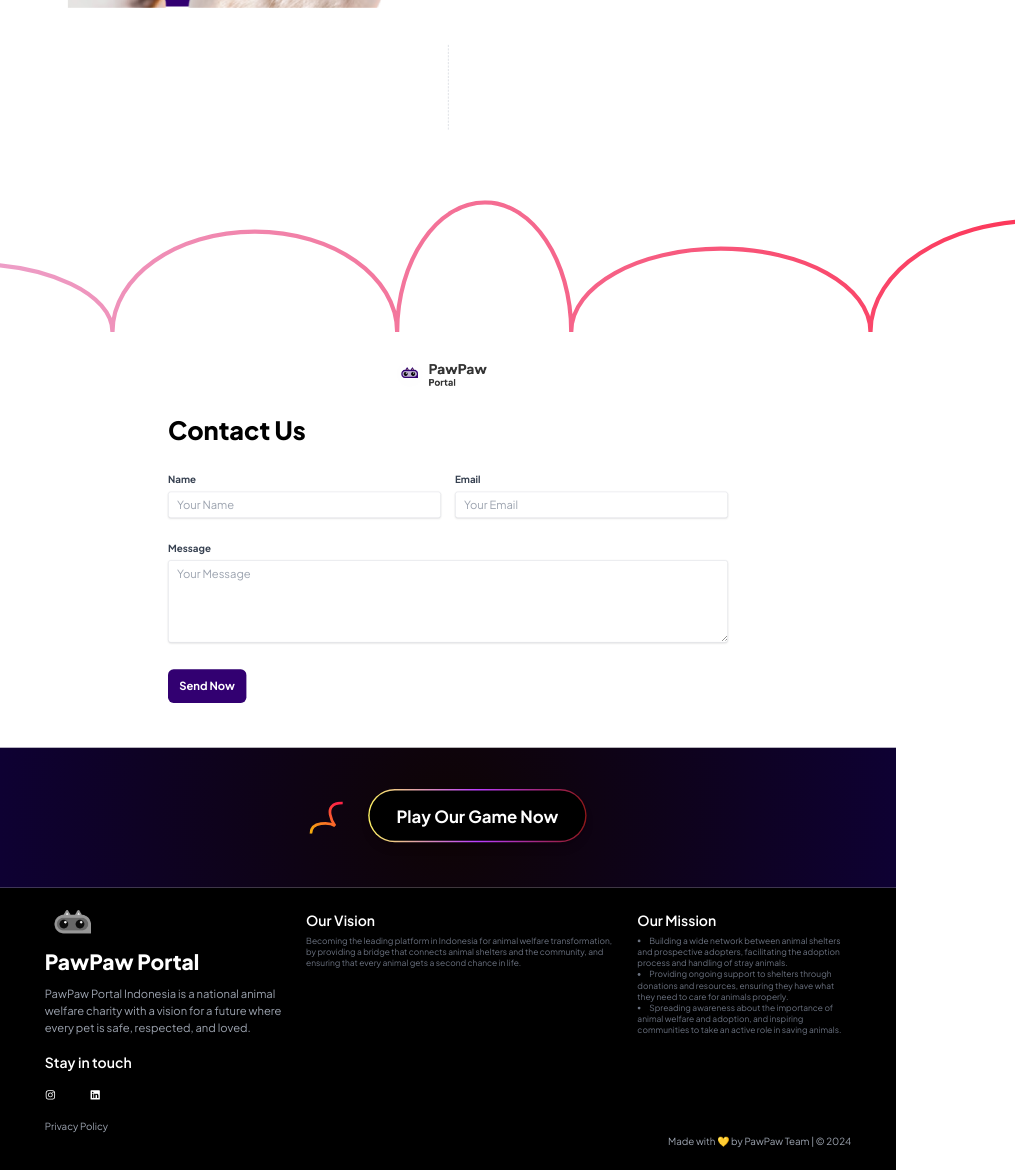
Repository: paskasiregar/pawpawwebsite
Page: /
The author's editor kept a copy of each file at every save. The page is drawn from the files as they stood at one save, then again after the next save.
The browser window is 1280 px wide. The page is 1450 px wide, so the pictures cover 1450 px, including what lies to the right of the window. The pictures show the part of the page from y = 1513 to 3193 px (the page is 3185 px tall before and 3193 px after), at 70% of full size.
The project was rebuilt for these pictures with package versions that can differ from the ones it lists, and the page was loaded fresh each time. The framework's server and built-in components were replaced by stand-ins that run in the browser. Also part of the build but not shown: next.config.js, next.config.mjs.

Above is the page before, as saved 2024-09-06 10:28:21.

### src/app/layout.js
import { Inter } from "next/font/google";
import "./globals.css";

const inter = Inter({ subsets: ["latin"] });

export const metadata = {
  title: "PawPaw Portal | Your One-Stop Shelter",
  description: "Your One-Stop Shelter",
};

export default function RootLayout({ children }) {
  return (
    <html lang="en">
      <meta
        name="google-adsense-account"
        content="ca-pub-4770655134097556"
      ></meta>
      <body className={inter.className}>{children}</body>
    </html>
  );
}

### src/app/globals.css
@import url("https://fonts.googleapis.com/css2?family=Plus+Jakarta+Sans:wght@400;600;700;800&display=swap");

@tailwind base;
@tailwind components;
@tailwind utilities;

body {
  font-family: "Plus Jakarta Sans", sans-serif;
}

p,
ul {
  color: gray;
}

.hero-bg {
  display: flex;
  background: radial-gradient(circle,
      rgb(204, 188, 230) 10%,
      rgb(255, 255, 255) 50%);
}

.cta-container {
  display: flex;
  justify-content: center;
  align-items: center;
  position: relative;
  background: radial-gradient(circle, rgb(14, 4, 4) 0%, rgb(14, 1, 51) 100%);
  padding: 20px;
  gap: 20px;
  min-height: 200px;
}

.cta-button {
  display: inline-block;
  padding: 20px 40px;
  font-size: 24px;
  font-weight: bold;
  color: white;
  background: black;
  border-radius: 40px;
  position: relative;
  z-index: 1;
  overflow: hidden;
  transition: all 0.3s ease;
  text-align: center;
}

.cta-button::before {
  content: "";
  position: absolute;
  top: -2px;
  left: -2px;
  right: -2px;
  bottom: -2px;
  background: linear-gradient(90deg,
      rgb(255, 244, 97) 0%,
      rgb(187, 61, 255) 50%,
      rgb(142, 23, 23) 100%);
  z-index: -1;
  border-radius: inherit;
}

.cta-button::after {
  content: "";
  position: absolute;
  top: 2px;
  left: 2px;
  right: 2px;
  bottom: 2px;
  background: black;
  z-index: -1;
  border-radius: inherit;
}

.cta-button:hover {
  color: rgb(237, 246, 133);
  background: white;
}

.footer-bg {
  background: radial-gradient(circle, rgb(14, 4, 4) 0%, rgb(14, 1, 51) 100%);
  color: white;
  text-align: center;
  padding: 20px;
}

.centeredcontainer {
  width: 100vw;
  height: auto;
}

.main-container {
  width: 100%;
  max-width: 1200px;
  margin: 0 auto;
  padding: 0;
}

.header-content {
  display: flex;
  flex-direction: row;
  align-items: center;
  justify-content: space-between;
}

.header-logo-button {
  display: flex;
  flex-direction: row;
  align-items: center;
  gap: 16px;
  /* Adjust spacing as needed */
}

html {
  scroll-behavior: smooth;
}

### src/components/contact.jsx
import React from "react";
import PrimaryButton from "@/components/primaryButton";
import NameInput from "./nameInput";
import EmailInput from "./emailInput";
import MessageInput from "./mesageInput";
import Image from "next/image";
import logoHeaderImage from "../assets/banner-10.png";

export const Contact = () => {
  return (
    <div className="font-plus-jakarta flex flex-col items-center justify-center py-16 px-4 md:px-[200px] gap-[40px] text-29xl">
      <div className="flex justify-start items-start">
        <svg
          width="1620"
          height="188"
          viewBox="0 0 1620 188"
          fill="none"
          xmlns="http://www.w3.org/2000/svg"
        >
          <path
            d="M1891 188C1891 100.375 1784.67 29.342 1653.5 29.342C1522.34 29.342 1413.53 100.375 1413.53 188C1413.53 122.37 1317.84 69.158 1199.78 69.158C1081.72 69.158 986.029 122.362 986.029 188C986.029 85.8274 930.825 3 862.735 3C794.645 3 737.369 85.8274 737.369 188C737.369 108.853 646.33 44.6865 534.029 44.6865C421.728 44.6865 330.689 108.853 330.689 188C330.689 134.381 239.649 90.9105 127.349 90.9105C15.0481 90.9105 -76 134.381 -76 188"
            stroke="url(#paint0_linear_545_35799)"
            strokeWidth="6"
            strokeMiterlimit="10"
            strokeLinejoin="bevel"
          />
          <defs>
            <linearGradient
              id="paint0_linear_545_35799"
              x1="-84.5283"
              y1="91.1699"
              x2="1899.52"
              y2="91.1699"
              gradientUnits="userSpaceOnUse"
            >
              <stop offset="0.0224" stopColor="#EBADD7" />
              <stop offset="1" stopColor="#FF2445" />
            </linearGradient>
          </defs>
        </svg>
      </div>
      <Image
        className="w-36 h-10 object-cover"
        alt="Logo"
        src={logoHeaderImage}
        width={120}
        height={20}
      />
      <div className="text-4xl font-extrabold w-full">Contact Us</div>
      <form
        action="https://forms.office.com/Pages/ResponsePage.aspx?id=FYBQO9x7eUe5JQ3XgE-7JgfHRnXS951Jum6QCf1rDZlUOTFYM1gyVUNMUzAyRTlFRVlHNUo5UVVRSy4u"
        method="post"
        target="_blank"
        className="w-full"
      >
        <div className="w-full flex flex-col items-start gap-[16px] text-base text-light-l800 font-regular-reg-2">
          <div className="w-full flex flex-col md:flex-row gap-[20px]">
            <div className="w-full md:w-1/2">
              <label
                htmlFor="name"
                className="w-full block text-sm font-medium text-gray-700"
              ></label>
              <NameInput className="w-full" id="name" name="name" required />
            </div>
            <div className="w-full md:w-1/2">
              <label
                htmlFor="email"
                className="block text-sm font-medium text-gray-700"
              ></label>
              <EmailInput className="w-full" id="email" name="email" required />
            </div>
          </div>
          <div className="w-full">
            <label
              htmlFor="message"
              className="block text-sm font-medium text-gray-700"
            ></label>
            <MessageInput
              className="w-full"
              id="message"
              name="message"
              required
            />
          </div>
        </div>
        <div className="mt-4">
          <PrimaryButton type="submit">Send Now</PrimaryButton>
        </div>
      </form>
    </div>
  );
};

export default Contact;

### src/components/divider.jsx
export const Divider = () => {
  return (
    <div className="self-stretch h-[195px] flex flex-row items-center justify-center py-16 px-[130px] box-border">
      <div className="w-px relative box-border h-[121px] border-r-[1px] border-dashed border-gray-300" />
    </div>
  );
};

### src/components/footer.jsx
import Link from "next/link";
import React from "react";
import Image from "next/image";
import logoFooterImage from "../assets/inverse.png";

export const Footer = () => {
  return (
    <div className="font-plus-jakarta w-full flex bg-black">
      <div className="font-plus-jakarta w-full flex flex-col items-center bg-black py-8 px-4">
        <div className="max-w-6xl w-full mx-auto space-y-6">
          {/* Footer Header */}
          <div className="flex flex-col md:flex-row items-center md:items-start md:justify-between mb-6">
            <div className="space-y-4">
              <Image
                className="w-20 h-10 object-cover"
                alt="Logo"
                src={logoFooterImage}
                width={80}
                height={80}
              />
              <div className="space-y-4">
                <div className="text-white text-3xl font-extrabold">
                  PawPaw Portal
                </div>
                <p className="text-med text-gray-400">
                  PawPaw Portal Indonesia is a national animal welfare charity
                  with a vision for a future where every pet is safe, respected,
                  and loved.
                </p>
              </div>
            </div>

            {/* Vision and Mission */}
            <div className="flex flex-col md:flex-row mt-4 md:mt-0 space-y-4 md:space-y-0 md:space-x-8">
              <div className="space-y-2">
                <div className="font-semibold text-xl text-white">
                  Our Vision
                </div>
                <div className="text-xs text-gray-500">
                  Becoming the leading platform in Indonesia for animal welfare
                  transformation, by providing a bridge that connects animal
                  shelters and the community, and ensuring that every animal
                  gets a second chance in life.
                </div>
              </div>
              <div className="space-y-2">
                <div className="font-semibold text-xl text-white">
                  Our Mission
                </div>
                <div className="text-xs text-gray-500">
                  <ol className="list-inside list-disc">
                    <li>
                      Building a wide network between animal shelters and
                      prospective adopters, facilitating the adoption process
                      and handling of stray animals.
                    </li>
                    <li>
                      Providing ongoing support to shelters through donations
                      and resources, ensuring they have what they need to care
                      for animals properly.
                    </li>
                    <li>
                      Spreading awareness about the importance of animal welfare
                      and adoption, and inspiring communities to take an active
                      role in saving animals.
                    </li>
                  </ol>
                </div>
              </div>
            </div>
          </div>
          {/* social media */}
          <div className="text-xl font-semibold mb-4 text-white">
            Stay in touch
          </div>
          <div className="flex space-x-4">
            <Link href="https://www.instagram.com/pawpawportal">
              <svg
                xmlns="http://www.w3.org/2000/svg"
                width="1em"
                height="1em"
                viewBox="0 0 24 24"
              >
                <path
                  fill="white"
                  d="M17.34 5.46a1.2 1.2 0 1 0 1.2 1.2a1.2 1.2 0 0 0-1.2-1.2m4.6 2.42a7.59 7.59 0 0 0-.46-2.43a4.94 4.94 0 0 0-1.16-1.77a4.7 4.7 0 0 0-1.77-1.15a7.3 7.3 0 0 0-2.43-.47C15.06 2 14.72 2 12 2s-3.06 0-4.12.06a7.3 7.3 0 0 0-2.43.47a4.78 4.78 0 0 0-1.77 1.15a4.7 4.7 0 0 0-1.15 1.77a7.3 7.3 0 0 0-.47 2.43C2 8.94 2 9.28 2 12s0 3.06.06 4.12a7.3 7.3 0 0 0 .47 2.43a4.7 4.7 0 0 0 1.15 1.77a4.78 4.78 0 0 0 1.77 1.15a7.3 7.3 0 0 0 2.43.47C8.94 22 9.28 22 12 22s3.06 0 4.12-.06a7.3 7.3 0 0 0 2.43-.47a4.7 4.7 0 0 0 1.77-1.15a4.85 4.85 0 0 0 1.16-1.77a7.59 7.59 0 0 0 .46-2.43c0-1.06.06-1.4.06-4.12s0-3.06-.06-4.12M20.14 16a5.61 5.61 0 0 1-.34 1.86a3.06 3.06 0 0 1-.75 1.15a3.19 3.19 0 0 1-1.15.75a5.61 5.61 0 0 1-1.86.34c-1 .05-1.37.06-4 .06s-3 0-4-.06a5.73 5.73 0 0 1-1.94-.3a3.27 3.27 0 0 1-1.1-.75a3 3 0 0 1-.74-1.15a5.54 5.54 0 0 1-.4-1.9c0-1-.06-1.37-.06-4s0-3 .06-4a5.54 5.54 0 0 1 .35-1.9A3 3 0 0 1 5 5a3.14 3.14 0 0 1 1.1-.8A5.73 5.73 0 0 1 8 3.86c1 0 1.37-.06 4-.06s3 0 4 .06a5.61 5.61 0 0 1 1.86.34a3.06 3.06 0 0 1 1.19.8a3.06 3.06 0 0 1 .75 1.1a5.61 5.61 0 0 1 .34 1.9c.05 1 .06 1.37.06 4s-.01 3-.06 4M12 6.87A5.13 5.13 0 1 0 17.14 12A5.12 5.12 0 0 0 12 6.87m0 8.46A3.33 3.33 0 1 1 15.33 12A3.33 3.33 0 0 1 12 15.33"
                />
              </svg>
            </Link>
            <Link href="https://twitter.com/pawpawportal">
              <svg
                xmlns="http://www.w3.org/2000/svg"
                width="1em"
                height="1em"
                viewBox="0 0 24 24"
              >
                <g fill="white">
                  <path d="M1 2h2.5L3.5 2h-2.5z">
                    <animate
                      fill="freeze"
                      attributeName="d"
                      dur="0.4s"
                      values="M1 2h2.5L3.5 2h-2.5z;M1 2h2.5L18.5 22h-2.5z"
                    />
                  </path>
                  <path d="M5.5 2h2.5L7.2 2h-2.5z">
                    <animate
                      fill="freeze"
                      attributeName="d"
                      dur="0.4s"
                      values="M5.5 2h2.5L7.2 2h-2.5z;M5.5 2h2.5L23 22h-2.5z"
                    />
                  </path>
                  <path d="M3 2h5v0h-5z" opacity="0">
                    <set attributeName="opacity" begin="0.4s" to="1" />
                    <animate
                      fill="freeze"
                      attributeName="d"
                      begin="0.4s"
                      dur="0.4s"
                      values="M3 2h5v0h-5z;M3 2h5v2h-5z"
                    />
                  </path>
                  <path d="M16 22h5v0h-5z" opacity="0">
                    <set attributeName="opacity" begin="0.4s" to="1" />
                    <animate
                      fill="freeze"
                      attributeName="d"
                      begin="0.4s"
                      dur="0.4s"
                      values="M16 22h5v0h-5z;M16 22h5v-2h-5z"
                    />
                  </path>
                  <path d="M18.5 2h3.5L22 2h-3.5z" opacity="0">
                    <set attributeName="opacity" begin="0.5s" to="1" />
                    <animate
                      fill="freeze"
                      attributeName="d"
                      begin="0.5s"
                      dur="0.4s"
                      values="M18.5 2h3.5L22 2h-3.5z;M18.5 2h3.5L5 22h-3.5z"
                    />
                  </path>
                </g>
              </svg>
            </Link>
            <Link href="https://www.linkedin.com/company/pawpawportal">
              <svg
                xmlns="http://www.w3.org/2000/svg"
                width="1em"
                height="1em"
                viewBox="0 0 24 24"
              >
                <path
                  fill="white"
                  d="M20.47 2H3.53a1.45 1.45 0 0 0-1.47 1.43v17.14A1.45 1.45 0 0 0 3.53 22h16.94a1.45 1.45 0 0 0 1.47-1.43V3.43A1.45 1.45 0 0 0 20.47 2M8.09 18.74h-3v-9h3ZM6.59 8.48a1.56 1.56 0 1 1 0-3.12a1.57 1.57 0 1 1 0 3.12m12.32 10.26h-3v-4.83c0-1.21-.43-2-1.52-2A1.65 1.65 0 0 0 12.85 13a2 2 0 0 0-.1.73v5h-3v-9h3V11a3 3 0 0 1 2.71-1.5c2 0 3.45 1.29 3.45 4.06Z"
                />
              </svg>
            </Link>
          </div>
          <section>
            <Link href="/privacy" className="text-gray-400 text-sm">
              Privacy Policy
            </Link>
            <div className="text-gray-400 text-sm text-right">
              Made with 💛 by PawPaw Team | © 2024
            </div>
          </section>
        </div>
      </div>
    </div>
  );
};

export default Footer;

### src/components/header.jsx
import Link from "next/link";
import PrimaryButton from "@/components/primaryButton";
import React from "react";
import Image from "next/image";
import logoHeaderImage from "../assets/banner-10.png";

export const Header = () => {
  return (
    <div className="font-plus-jakarta w-full flex flex-col items-center justify-center text-left text-gray-500">
      <div className="self-stretch bg-white flex flex-col items-center justify-center text-sm">
        <div className="w-full header-content p-2.5 box-border">
          <Link href="/">
            {" "}
            {/* Homepage */}
            <Image
              className="w-36 h-10 object-cover"
              alt="Logo"
              src={logoHeaderImage}
              width={120}
              height={20}
            />
          </Link>
          <div className="hidden md:flex flex-row items-center justify-center gap-8">
            <div>
              <Link href="#how-it-works">How It Works</Link>
            </div>
            <div>
              <Link href="#about-us">About Us</Link>
            </div>
            <div>
              <Link href="/privacy">Privacy Policy</Link>
            </div>
          </div>
          <div className="header-logo-button">
            <PrimaryButton href="https://game.pawpawportal.com">
              Be Our Hero Today!
            </PrimaryButton>
          </div>
        </div>
      </div>
    </div>
  );
};

export default Header;

### src/components/CTA.jsx
import React from "react";
import Link from "next/link";

const CTA = () => {
  return (
    <div className="cta-container font-plus-jakarta p-4 md:p-8 flex flex-col md:flex-row items-center justify-center">
      <svg
        className="cta-decoration mb-4 md:mb-0 md:mr-4"
        width="48"
        height="46"
        viewBox="0 0 48 46"
        fill="none"
        xmlns="http://www.w3.org/2000/svg"
      >
        <path
          d="M2 46C2 27.296 29.551 30.0086 36.5736 34.5625C36.5736 34.5625 14.4611 2 47.5714 2"
          stroke="url(#cta_gradient)"
          strokeWidth="3.92857"
          strokeMiterlimit="10"
          strokeLinejoin="bevel"
        />
        <defs>
          <linearGradient
            id="cta_gradient"
            x1="37.3571"
            y1="2"
            x2="7.5"
            y2="46"
            gradientUnits="userSpaceOnUse"
          >
            <stop stopColor="#FF2445" />
            <stop offset="1" stopColor="#F5AB0E" />
          </linearGradient>
        </defs>
      </svg>
      <Link href="https://game.pawpawportal.com">
        <div className="cta-button text-center bg-gradient-to-r from-orange-500 to-pink-500 text-white font-bold py-2 px-4 rounded-lg shadow-lg cursor-pointer">
          Play Our Game Now
        </div>
      </Link>
    </div>
  );
};

export default CTA;

### src/components/primaryButton.jsx
import React from "react";

const PrimaryButton = ({ children, onClick }) => {
  return (
    <button
      className="self-stretch bg-inherit-320071 hover:bg-blue-700 text-white font-bold px-4 py-3 rounded-lg"
      onClick={onClick}
    >
      {children}
    </button>
  );
};

export default PrimaryButton;

### src/components/secButton.jsx
import React from "react";

const SecButton = ({ children, onClick }) => {
  return (
    <button
      className="bg-white border border-inherit-320071 text-inherit-320071 font-bold py-2 px-4 rounded-lg"
      onClick={onClick}
    >
      {children}
    </button>
  );
};

export default SecButton;

### src/components/nameInput.jsx
import React from "react";

const NameInput = ({ value, onChange }) => {
  return (
    <div className="mb-4">
      <label
        className="block text-gray-700 text-sm font-bold mb-2"
        htmlFor="name"
      >
        Name
      </label>
      <input
        id="name"
        type="text"
        value={value}
        onChange={onChange}
        className="shadow appearance-none border rounded w-full py-2 px-3 text-gray-700 leading-tight focus:outline-none focus:shadow-outline"
        placeholder="Your Name"
      />
    </div>
  );
};

export default NameInput;

### src/components/emailInput.jsx
import React from "react";

const EmailInput = ({ value, onChange }) => {
  return (
    <div className="mb-4">
      <label
        className="block text-gray-700 text-sm font-bold mb-2"
        htmlFor="email"
      >
        Email
      </label>
      <input
        id="email"
        type="email"
        value={value}
        onChange={onChange}
        className="shadow appearance-none border rounded w-full py-2 px-3 text-gray-700 leading-tight focus:outline-none focus:shadow-outline"
        placeholder="Your Email"
      />
    </div>
  );
};

export default EmailInput;

### src/components/mesageInput.jsx
import React from "react";

const MessageInput = ({ value, onChange }) => {
  return (
    <div className="mb-4">
      <label
        className="block text-gray-700 text-sm font-bold mb-2"
        htmlFor="message"
      >
        Message
      </label>
      <textarea
        id="message"
        value={value}
        onChange={onChange}
        className="shadow appearance-none border rounded w-full py-2 px-3 text-gray-700 leading-tight focus:outline-none focus:shadow-outline"
        placeholder="Your Message"
        rows="5"
      />
    </div>
  );
};

export default MessageInput;

Loaded but not shown: src/app/page.js (144 lines, source omitted); tailwind.config.js (24 lines, source omitted); src/components/hero.jsx (211 lines, source omitted)

After the next save:
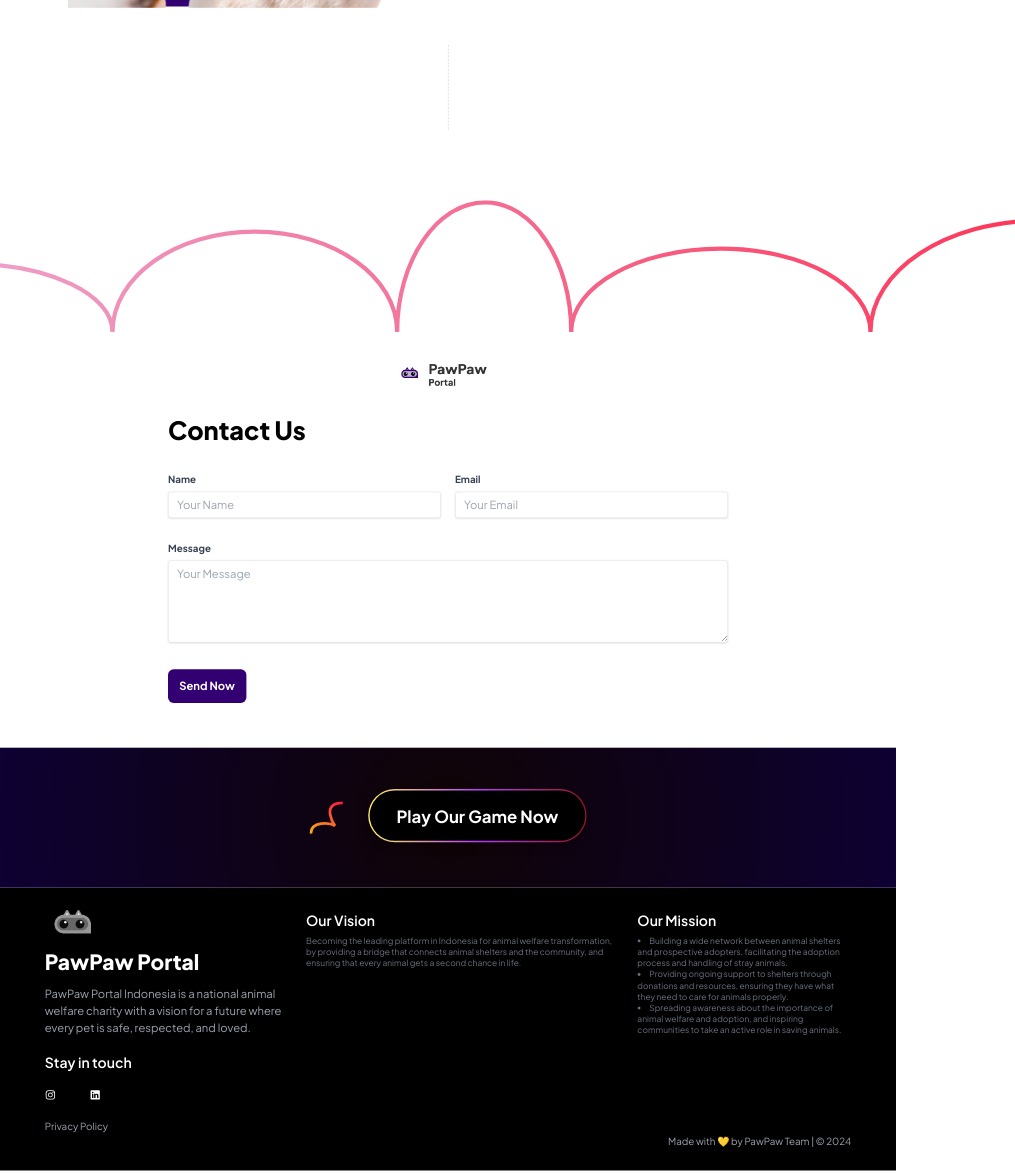
Saved 18 s later.
--- a/src/app/globals.css
+++ b/src/app/globals.css
@@ -11,6 +11,10 @@ body {
 p,
 ul {
   color: gray;
+}
+
+section {
+  margin-bottom: 8px;
 }
 
 .hero-bg {
